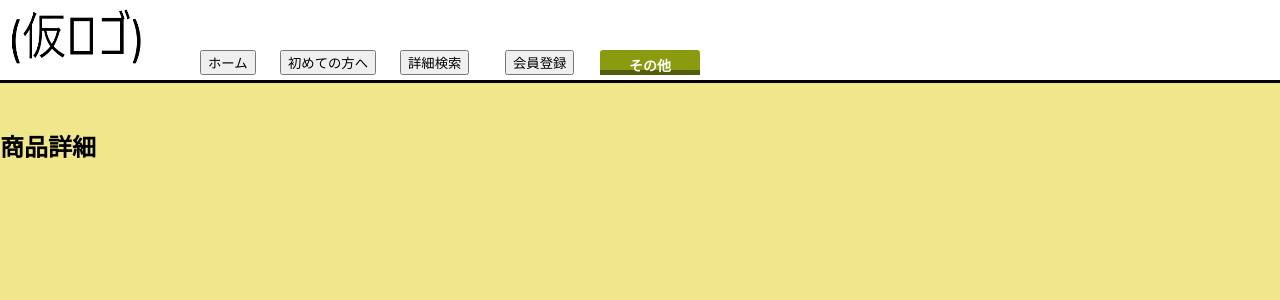
Repository: k0816/backup-master
Page: http://localhost/cycle/PartySearchAction
These files come from the project's save history. The page is drawn as it stood at one moment and after the next save; the edit follows.
The browser window is 1280 px wide. The pictures show the whole page.
The page is served by Tomcat 9. Other server files are loaded and not shown. Queries for data that is not in the repository find no rows.

Above is the page before, as saved 2018-01-15 07:38:54.

### cycle/WebContent/partySearch.jsp
<%@ page language="java" contentType="text/html; charset=UTF-8"
	pageEncoding="UTF-8"%>
<%@ taglib prefix="s" uri="/struts-tags"%>
<!DOCTYPE html>
<html>
<head>
<meta charset="utf-8">
<meta http-equiv="Content-Type" content="text/html; charset=utf-8" />
<meta http-equiv="Content-Style-Type" content="text/css" />
<meta http-equiv="Content-Script-Type" content="text/javascript" />
<meta http-equiv="imagetoolbar" content="no" />
<meta name="description" content="" />
<meta name="keywords" content="" />
<title>パーティー詳細検索</title>
<style type="text/css">
</style>

</head>

<body>

	<jsp:include page="/includeHeader.jsp" flush="true" />
	<br>
	<br>
	<div id="main">
		<h2 class="title">商品詳細</h2>
		<br>

		<!--商品詳細-->
		<div class="box"></div>

		<s:iterator value="partySearchDTOList">
		<div class="search">
			<div class="partyName">
				<s:property value="partyName" />
			</div>
			<div class="partyDate">
				開催日<s:property value="partyDate" />
			</div>
			<br>
			<div class="partyPrice">
				参加費<s:property value="partyPrice" />円
			</div>
			<br>
			<div class="partyCapacity">
				参加人数<s:property value="partyCapacity" />人

			</div>
			<div class="age">
			年齢制限
				<s:property value="ageMinimum" />歳～<s:property value="ageMaximum" />歳
			</div>
			<div></div>
			<div class="partyDetail">
			<s:property value="partyDetail" />
			</div>
		</div><br>
		</s:iterator>
	</div>
	<br>
	<br>

</body>
</html>

### cycle/WebContent/includeHeader.jsp
<%@ page language="java" contentType="text/html; charset=UTF-8"
	pageEncoding="UTF-8"%>
<%@ taglib prefix="s" uri="/struts-tags"%>
<!DOCTYPE html PUBLIC "-//W3C//DTD HTML 4.01 Transitional//EN" "http://www.w3.org/TR/html4/loose.dtd">
<html>
<head>

<meta http-equiv="Content-Type" content="text/html; charset=utf-8" />
<meta http-equiv="Content-Style-Type" content="text/css" />
<meta http-equiv="Content-Script-Type" content="text/javascript" />
<meta http-equiv="imagetoolbar" content="no" />
<meta name="description" content="" />
<meta name="keywords" content="" />


<title>ヘッダー記述</title>

<style type="text/css">
#header {
	width: 100%;
	height: 80px;
	background-color: white;
	border-bottom: 3px solid black;
	position: fixed;
}

#welcome {
    position: absolute;
	left: 200px;
	top:20px;
}

.botan {
	position: absolute;
	top: 50px;
}

#home {
	position: absolute;
	left: 200px;
}

#new {
	position: absolute;
	left: 280px;
}

#search {
	position: absolute;
	left: 400px;
}

#other {
	position: absolute;
	left: 500px;
}

#create {
	position: absolute;
	left: 505px;
}

/*背景設定*/
body {
	/* background: url("./image/wood.jpg"); */
	background-color: #F0E68C;
	margin: 0;
	padding: 0;
}

/* ドロップダウンメニューについて */
#dropmenu {
	list-style-type: none;
	width: 100px;
	height: 20px;
	margin: 0px auto 0px;
	padding: 0;
	background: #8a9b0f;
	border-bottom: 5px solid #535d09;
	border-radius: 3px 3px 0 0;
	position: absolute;
	left: 600px;
}

#dropmenu li {
	position: relative;
	width: 100%;
	float: left;
	margin: 0;
	padding: 0;
	text-align: center;
}

#dropmenu li a {
	display: block;
	margin: 0;
	padding: 10px ;
	color: #fff;
	font-size: 14px;
	font-weight: bold;
	line-height: 1;
	text-decoration: none;
}

#dropmenu li:hover>a {
	background: #6e7c0c;
	color: #eff7b1;
}

#dropmenu>li:hover>a {
	border-radius: 3px 3px 0 0;
}

#dropmenu li ul {
	list-style: none;
	position: absolute;
	top: 100%;
	left: 0;
	margin: 0;
	padding: 0;
	border-radius: 0 0 3px 3px;
}

#dropmenu li ul li {
	overflow: hidden;
	width: 100%;
	height: 0;
	color: #fff;
	-moz-transition: .2s;
	-webkit-transition: .2s;
	-o-transition: .2s;
	-ms-transition: .2s;
	transition: .2s;
}

#dropmenu li ul li a {
	padding: 13px 13px;
	background: #6e7c0c;
	text-align: center;
	font-size: 12px;
	font-weight: normal;
}

#dropmenu li:hover ul li {
	overflow: visible;
	height: 38px;
	border-top: 1px solid #7c8c0e;
	border-bottom: 1px solid #616d0b;
}

#dropmenu li:hover ul li:first-child {
	border-top: 0;
}

#dropmenu li:hover ul li:last-child {
	border-bottom: 0;
}

#dropmenu li:hover ul li:last-child a {
	border-radius: 0 0 3px 3px;
}
</style>

</head>
<body>

	<div id="header">
		<img src="image\logotest.jpg" width="150" height="80">

		<div id="welcome">
		<s:if test="#session.loginUser != null">
		ようこそ！<s:property value="#session.loginUser.getUserName()" escape="false" />様！
		</s:if>


		<s:if test="#session.loginUser != null">

        </s:if>
		</div>


		<div class="botan">

			<div id="home">
				<form action="GoHomeAction">
					<input type="submit" value="ホーム" />
				</form>
			</div>
			<div id="new">
				<form action="ToNewUserAction">
					<input type="submit" value="初めての方へ" />
				</form>
			</div>
			<div id="search">
				<form action="PartySearchAction">
					<input type="submit" value="詳細検索" />
				</form>
			</div>

			<div id="create">
				<form action="UserCreateAction">
					<input type="submit" value="会員登録" />
				</form>
			</div>
			<!-- ドロップダウンメニュー -->

			<ul id="dropmenu">
				<li><a href="#">その他</a>
					<ul>
						<li><a href="ToNewUserAction">お知らせ</a></li>
						<li><a href="#">会社概要</a></li>
						<li><a href="#">お問い合わせ</a></li>
						<li><s:if test="#session.loginUser != null"><a href="LogoutAction">ログアウト</a></s:if></li>
					</ul>
				</li>
			</ul>

		</div>
	</div>
	<br>
	<br>
	<br>
	<br>


</body>
</html>

### cycle/src/cycle/dto/PartySearchDTO.java
package cycle.dto;

import java.util.Date;


public class PartySearchDTO {


	public String partyId;

	public String partyName;

	public Date partyDate;

	public Date date2;

	public String partyWeek;

	public String partyPrice;

	public String partyCapacity;

	public String partyPlace;

	public String ageMinimum;

	public String ageMaximum;

	public String partyDetail;

	public Date insertDate;

	public Date updateDate;

	public String capa2;

	public String price2;



	public Date getInsertDate() {
		return insertDate;
	}

	public void setInsertDate(Date insertDate) {
		this.insertDate = insertDate;
	}

	public Date getUpdateDate() {
		return updateDate;
	}

	public void setUpdateDate(Date updateDate) {
		this.updateDate = updateDate;
	}

	public String getPartyId() {
	    return partyId;
	}

	public void setPartyId(String partyId) {
	    this.partyId = partyId;
	}

	public String getPartyName() {
	    return partyName;
	}

	public void setPartyName(String partyName) {
	    this.partyName = partyName;
	}

	public Date getPartyDate() {
	    return partyDate;
	}

	public void setPartyDate(Date partyDate) {
	    this.partyDate = partyDate;
	}

	public Date getDate2() {
		return date2;
	}

	public void setDate2(Date date2) {
		this.date2 = date2;
	}

	public String getPartyWeek() {
		return partyWeek;
	}

	public void setPartyWeek(String partyWeek) {
		this.partyWeek = partyWeek;
	}

	public String getPartyPrice() {
	    return partyPrice;
	}

	public void setPartyPrice(String partyPrice) {
	    this.partyPrice = partyPrice;
	}

	public String getPartyCapacity() {
	    return partyCapacity;
	}

	public void setPartyCapacity(String partyCapacity) {
	    this.partyCapacity = partyCapacity;
	}

	public String getPartyPlace() {
	    return partyPlace;
	}

	public void setPartyPlace(String partyPlace) {
	    this.partyPlace = partyPlace;
	}

	public String getAgeMinimum() {
	    return ageMinimum;
	}

	public void setAgeMinimum(String ageMinimum) {
	    this.ageMinimum = ageMinimum;
	}

	public String getAgeMaximum() {
	    return ageMaximum;
	}

	public void setAgeMaximum(String ageMaximu) {
	    this.ageMaximum = ageMaximu;
	}

	public String getPartyDetail() {
	    return partyDetail;
	}

	public void setPartyDetail(String partyDetail) {
	    this.partyDetail = partyDetail;
	}



	public String getCapa2() {
		return capa2;
	}

	public void setCapa2(String capa2) {
		this.capa2 = capa2;
	}

	public String getPrice2() {
		return price2;
	}

	public void setPrice2(String price2) {
		this.price2 = price2;
	}

}

### cycle/src/cycle/dao/PartySearchDAO.java
package cycle.dao;

import java.sql.Connection;
import java.sql.PreparedStatement;
import java.sql.ResultSet;
import java.sql.SQLException;
import java.util.ArrayList;

import cycle.dto.PartySearchDTO;
import cycle.util.DBConnector;

public class PartySearchDAO {
	public ArrayList<PartySearchDTO> partySearchDTOList = new ArrayList<PartySearchDTO>();


	public ArrayList<PartySearchDTO> selectAll() {
		DBConnector db = new DBConnector();
		Connection con = db.getConnection();

		String sql = "SELECT * from party_info";

	    try{
	    	PreparedStatement ps = con.prepareStatement(sql);
			ResultSet rs = ps.executeQuery();

			while(rs.next()) {
				PartySearchDTO partySearchDTO = new PartySearchDTO();
				partySearchDTO.setPartyId(rs.getString("party_id"));
				partySearchDTO.setPartyName(rs.getString("party_name"));
				partySearchDTO.setPartyDate(rs.getDate("party_date"));
				partySearchDTO.setPartyPrice(rs.getString("party_price"));
				partySearchDTO.setPartyCapacity(rs.getString("party_capacity"));
				partySearchDTO.setPartyPlace(rs.getString("party_place"));
				partySearchDTO.setAgeMinimum(rs.getString("age_minimum"));
				partySearchDTO.setAgeMaximum(rs.getString("age_maximum"));
				partySearchDTO.setPartyDetail(rs.getString("party_detail"));
				partySearchDTO.setInsertDate(rs.getDate("insert_date"));
				partySearchDTO.setUpdateDate(rs.getDate("update_date"));
				partySearchDTOList.add(partySearchDTO);

	    }

		} catch(SQLException e) {
			e.printStackTrace();

		}

		try {
			con.close();

		} catch(SQLException e) {
			e.printStackTrace();

		}

		return partySearchDTOList;
	}

}

### cycle/src/cycle/util/DBConnector.java
package cycle.util;

import java.sql.Connection;
import java.sql.DriverManager;
import java.sql.SQLException;

public class DBConnector {

	private static String driverName = "com.mysql.jdbc.Driver";
	private static String url = "jdbc:mysql://localhost/cycle";
	private static String user = "root";
	private static String password = "mysql";
public Connection getConnection() {
	Connection con = null;
	try {
		Class.forName(driverName);
		con = (Connection) DriverManager.getConnection(url,user,password);
	} catch(ClassNotFoundException e) {
		e.printStackTrace();
	} catch(SQLException e) {
		e.printStackTrace();
	}
	return con;
	}
}

After the next save:
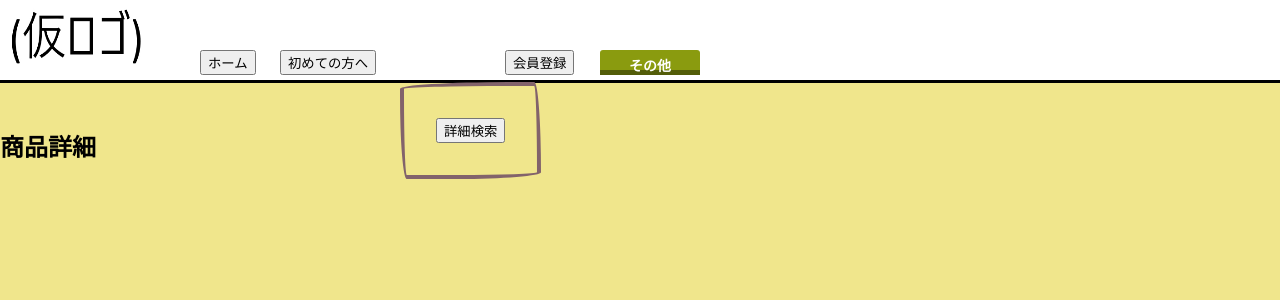
Saved 4 min 18 s later.
--- a/cycle/WebContent/partySearch.jsp
+++ b/cycle/WebContent/partySearch.jsp
@@ -13,8 +13,19 @@
 <meta name="keywords" content="" />
 <title>パーティー詳細検索</title>
 <style type="text/css">
+
+
+#search {
+    border: 4px solid #82636b;
+    border-radius: 240px 15px 185px 15px / 15px 200px 15px 185px;
+    margin: 2em 0;
+    padding: 2em;
+}
+
+
+
+
 </style>
-
 </head>
 
 <body>

After the save that followed:
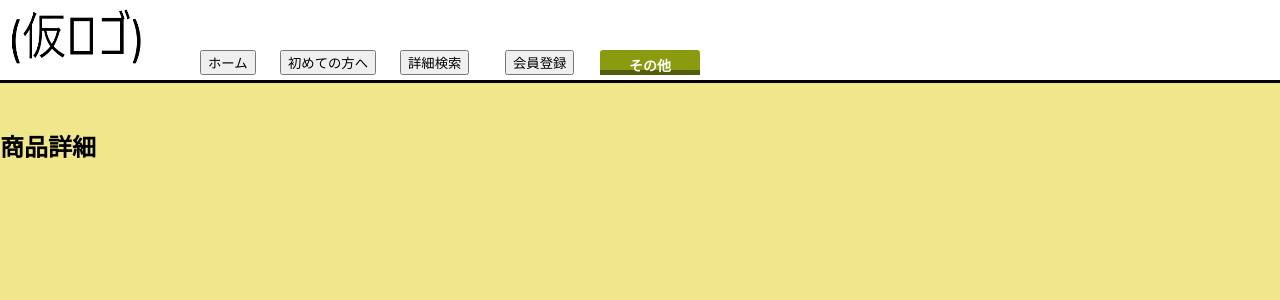
Saved 36 s later.
--- a/cycle/WebContent/partySearch.jsp
+++ b/cycle/WebContent/partySearch.jsp
@@ -15,12 +15,7 @@
 <style type="text/css">
 
 
-#search {
-    border: 4px solid #82636b;
-    border-radius: 240px 15px 185px 15px / 15px 200px 15px 185px;
-    margin: 2em 0;
-    padding: 2em;
-}
+
 
 
 
